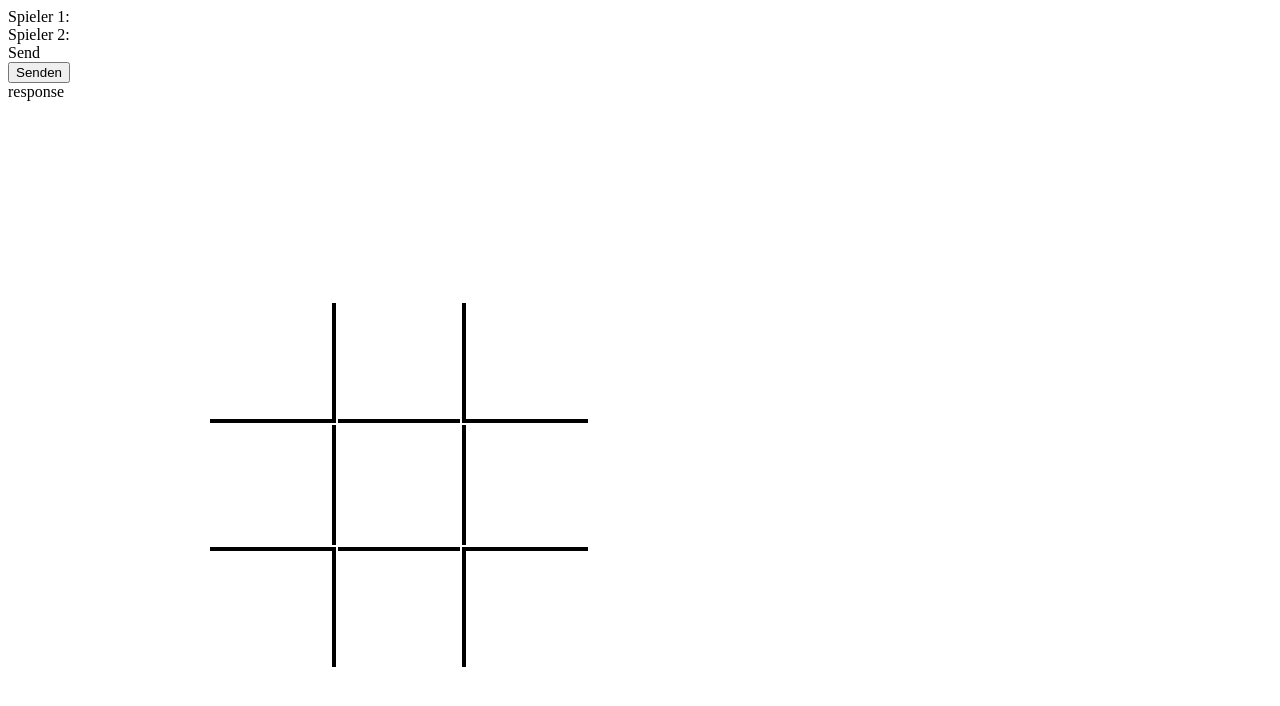
Repository: BKMaster94/Proggen_testat_2
Page: Proggen_testat_2/HTML/Index.html
These files come from the project's save history. The page is drawn as it stood at one moment and after the next save; the edit follows.
The browser window is 1280 px wide. The pictures show the whole page.

Above is the page before, as saved 2017-06-12 16:59:56.
Console error: SyntaxError: Unexpected end of input

### Proggen_testat_2/HTML/Index.html
<!DOCTYPE HEAD PUBLIC "-//W3C//DTD HTML 4.01 Transitional//EN" "http://www.w3.org/TR/html4/loose.dtd">
<HTML>
<HEAD>
	<meta name="Dokumentbe4schreibung" content="Index">
	<meta name="viewport" content="width=device-width, initial-sclae=1.0">
	<title>TicTacTo</title>

	<style>
	#table{
		font: bold 100px 'Comic Sans';
		margin-left:2em;
		margin-top:2em;
		display: table;
	}

	table tr th{
		width: 120px;
		height: 120px;
	}

	#S1Z_Eins{
		border-right: 4px solid black;
		border-bottom: 4px solid black;
	}
	#S1Z_Zwei
	{
		border-bottom: 4px solid black;
	}
	#S1Z_Drei
	{
		border-left: 4px solid black;
		border-bottom: 4px solid black;
	}
	#S2Z_Eins{
		border-right: 4px solid black;
	}
	#S2Z_Zwei
	{
		border-radius:: 2px;
	}
	#S2Z_Drei
	{
		border-left: 4px solid black;
		border-radius:: 2px;

	}
	#S3Z_Eins{
		border-right: 4px solid black;
		border-top: 4px solid black;
	}
	#S3Z_Zwei
	{
		border-top: 4px solid black;
	}
	#S3Z_Drei
	{
		border-left: 4px solid black;
		border-top: 4px solid black;
	}
	</style>
</HEAD>

<BODY>
<div> Spieler 1: </div> <div> Spieler 2: </div>

<div onclick="sendRequest()"> Send </div>
<button onclick="sendRequest()"> Senden </button>
<div onclick="getResponse()"> response </div>



	<table id="table">
		<tr id="S_Eins">
			<th id="S1Z_Eins" onclick="WerlcherDarfClicken(this.id);"></th>
			<th id="S1Z_Zwei" onclick="WerlcherDarfClicken(this.id);"></th>
			<th id="S1Z_Drei" onclick="WerlcherDarfClicken(this.id);"></th>
		</tr>
		<tr id="S_Zwei">
			<th id="S2Z_Eins" onclick="WerlcherDarfClicken(this.id);"></th>
			<th id="S2Z_Zwei" onclick="WerlcherDarfClicken(this.id);"></th>
			<th id="S2Z_Drei" onclick="WerlcherDarfClicken(this.id);"></th>
		</tr>
		<tr id="S_Drei">
		 	<th id="S3Z_Eins" onclick="WerlcherDarfClicken(this.id);"></th>
			<th id="S3Z_Zwei" onclick="WerlcherDarfClicken(this.id);"></th>
			<th id="S3Z_Drei" onclick="WerlcherDarfClicken(this.id);"></th>
		</tr>

	</table>

</BODY>

<script type="text/javascript">
var player1 = true;
var player2 = false;

function WerlcherDarfClicken(el){
	if(player1 == true ){
		player2 = false;
		document.getElementById(el).innerHTML='x';
	}
	if(player2 == true){
		player1 = false;
		document.getElementById(el).innerHTML='o';
	}
}

function sendRequest(){

	   xmlhttp = new XMLHttpRequest();

	   xmlhttp.open("POST","http://localhost:8080/getstring", true);
	   xmlhttp.send();

	   string=xmlhttp.responseText;

}

function getResponse(){

	   xmlhttp = new XMLHttpRequest();

	   xmlhttp.open("GET","http://localhost:8080/getResponse", true);
	   xmlhttp.send(null);
	   request.onreadystatechange = function() {
		   if (request.readyState == 4) {
		     var doc = request.response;
		     //var elem = doc.getElementById("div1");
		     alert(doc);
		   }

}

</script>
</HTML>

After the next save:
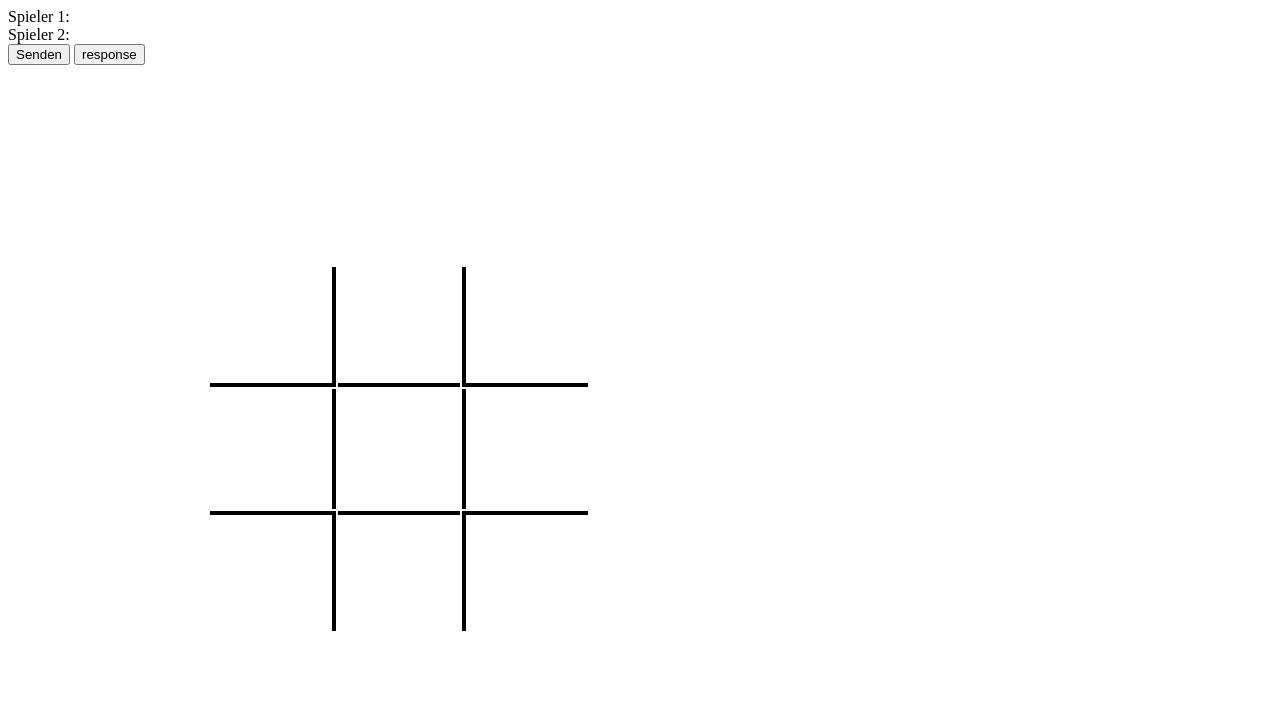
Saved 16 s later.
--- a/Proggen_testat_2/HTML/Index.html
+++ b/Proggen_testat_2/HTML/Index.html
@@ -63,9 +63,9 @@
 <BODY>
 <div> Spieler 1: </div> <div> Spieler 2: </div>
 
-<div onclick="sendRequest()"> Send </div>
+
 <button onclick="sendRequest()"> Senden </button>
-<div onclick="getResponse()"> response </div>
+<button onclick="getResponse()"> response </button>
 
 
 
